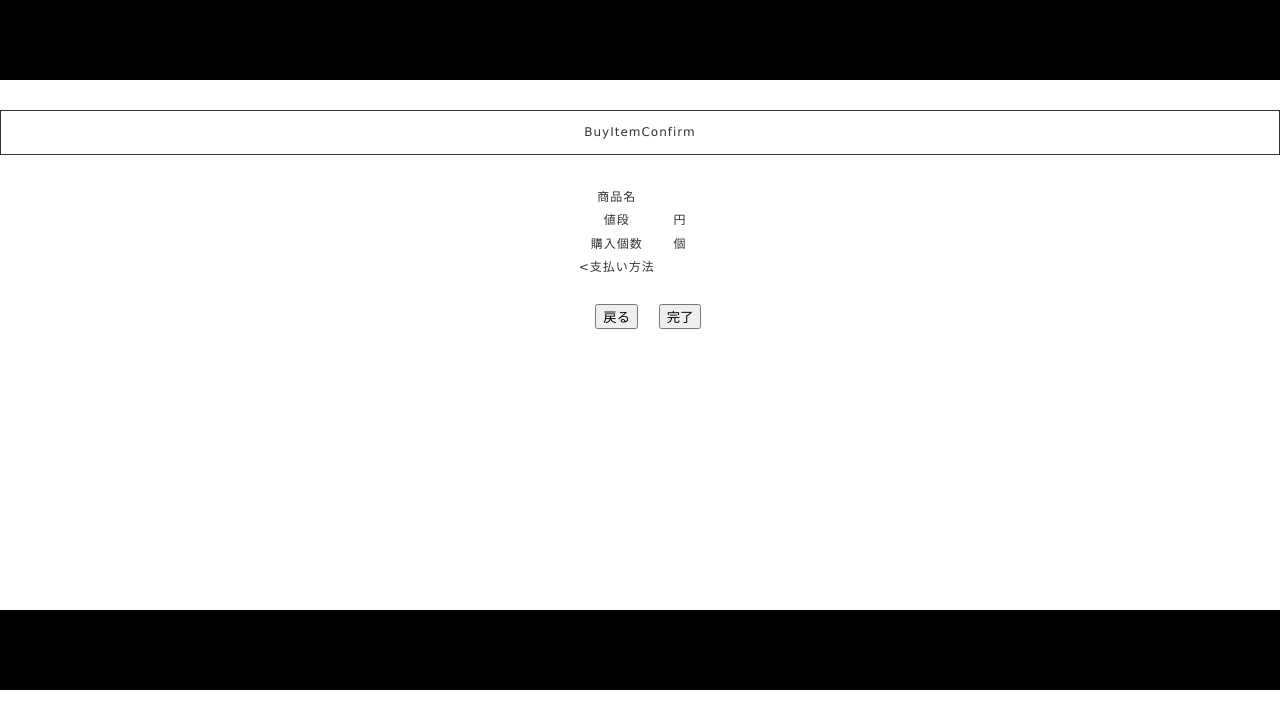
Repository: hirose0320/test
Page: http://localhost/ecsite/buyItemConfirm.jsp
An editor plug-in stored every save of this project. The page is shown before and after the next save, followed by the edit.
The browser window is 1280 px wide. The pictures show the whole page.
The page is served by Tomcat 9.

Above is the page before, as saved 2019-02-28 01:41:25.

After the next save:
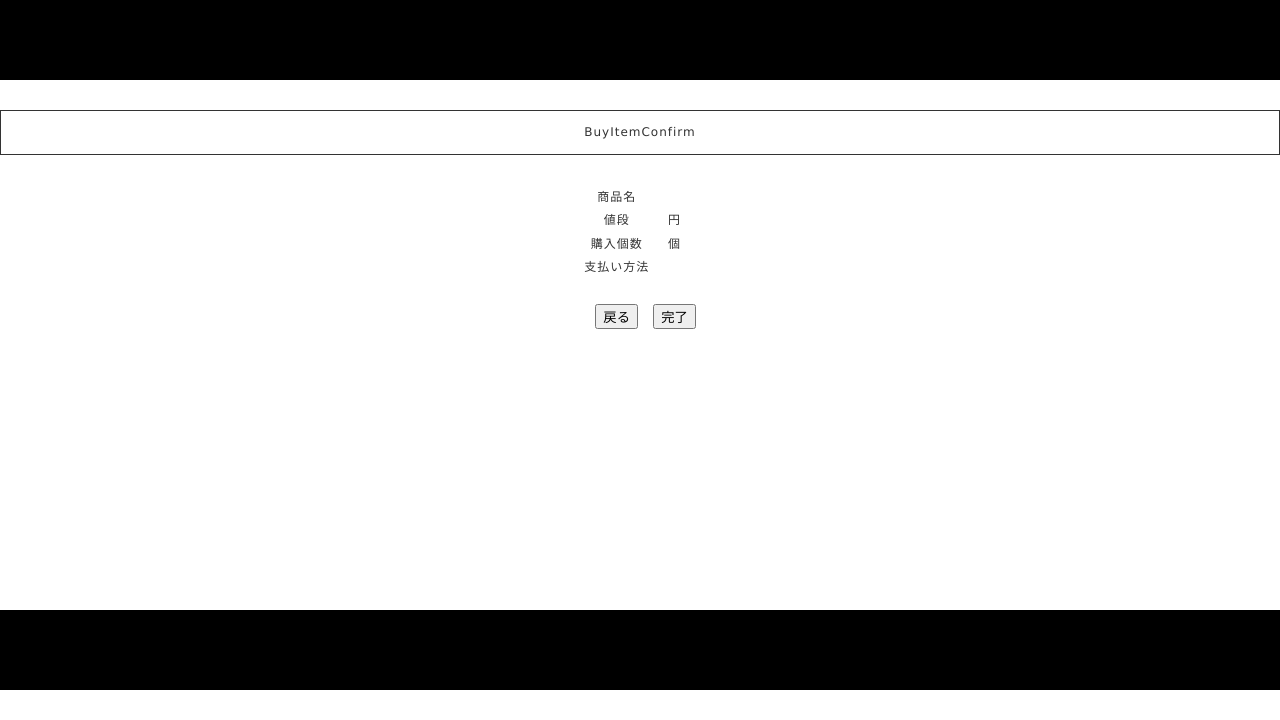
Saved 6 s later.
--- a/ecsite/WebContent/buyItemConfirm.jsp
+++ b/ecsite/WebContent/buyItemConfirm.jsp
@@ -86,7 +86,7 @@
 					<td><s:property value="session.count" /><span>個</span></td>
 				</tr>
 				<tr>
-					<td><支払い方法</td>
+					<td>支払い方法</td>
 					<td><s:property value="session.pay" /></td>
 				</tr>
 				<tr>
